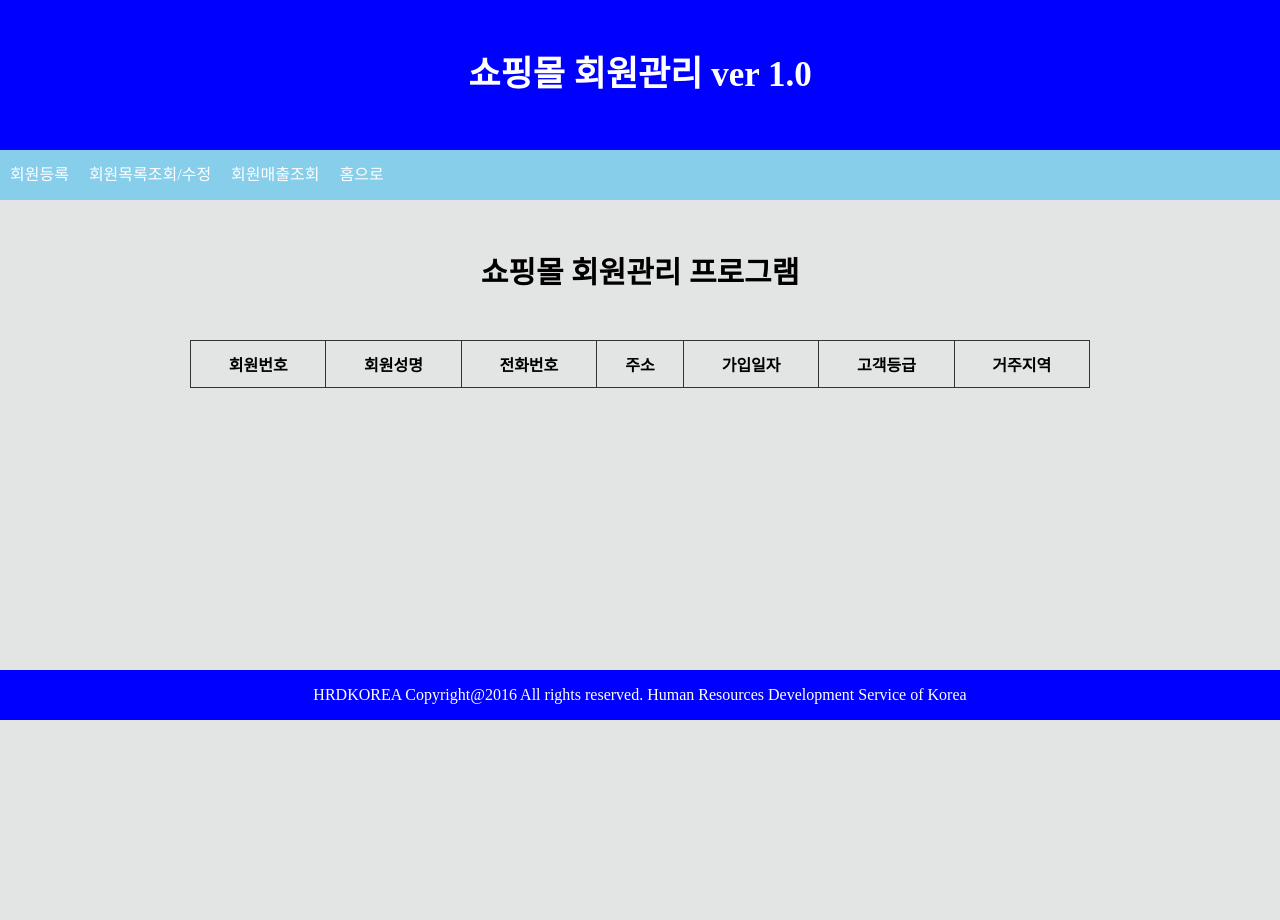
Repository: Up-Min/hrdkorea
Page: http://localhost/HRD_1234_easy2/result.jsp
The author's editor kept a copy of each file at every save. The page is drawn from the files as they stood at one save, then again after the next save.
The browser window is 1280 px wide. The pictures show the whole page.
The page is served by Tomcat 9. Queries for data that is not in the repository find no rows.

Above is the page before, as saved 2022-12-23 08:30:36.

### HRD_1234_easy2/src/main/webapp/result.jsp
<%@ page language="java" contentType="text/html; charset=UTF-8"
    pageEncoding="UTF-8"%>
 <%@ page import = "java.util.*" %>
<%@ page import = "java.sql.*" %>
<!DOCTYPE html>
<html>
<head>
<meta charset="UTF-8">
<title>Insert title here</title>
<script src="script.js"></script>
<link rel="stylesheet" href="style.css">
</head>
<body>
	<%@ include file="topmenu.jsp"%>
		<section>
		<div class="title">쇼핑몰 회원관리 프로그램</div>
		<div class="wrapper">
			<table style="width: 900px">
				<tr>
					<th>회원번호</th>
					<th>회원성명</th>
					<th>전화번호</th>
					<th>주소</th>
					<th>가입일자</th>
					<th>고객등급</th>
					<th>거주지역</th>
					<!-- <th>삭제</th> -->
				</tr>
				<%
				try{
					Class.forName("oracle.jdbc.OracleDriver");
					Connection con = DriverManager.getConnection("jdbc:oracle:thin:@//localhost:1521/xe", "gisa", "gisa1234");
					Statement stmt = con.createStatement();

					String sql = "SELECT custno, custname, phone, address, TO_CHAR(joindate,'YYYY-MM-DD') joindate,";
					sql += "DECODE(grade,'A','VIP','B','일반','직원') grade, city FROM member_tbl_02 ORDER BY custno";

					ResultSet rs = stmt.executeQuery(sql);
					while(rs.next()){
				%>
				<tr>
					<td><a href="modify.jsp?custno=<%=rs.getInt(1)%>"><%=rs.getInt(1)%></a></td>
					<td><%= rs.getString(2)%></td>
					<td><%=rs.getString(3) %></td>
					<td><%=rs.getString(4) %></td>
					<td><%=rs.getString(5) %></td>
					<td><%=rs.getString(6) %></td>
					<td><%=rs.getString(7) %></td>
					<%-- <td><a href = "delect?custno=<%= %>"> delete </a></td> --%>
				</tr>
				<%
					}
					con.close();
					stmt.close();
				} catch (Exception e){
					e.printStackTrace();
				}
				%>
			</table>
		</div>
	</section>


	<%@ include file="footer.jsp"%>
</body>
</html>

### HRD_1234_easy2/src/main/webapp/topmenu.jsp
<%@ page language="java" contentType="text/html; charset=UTF-8"
	pageEncoding="UTF-8"%>
<!DOCTYPE html>
<html>
<head>
<meta charset="UTF-8">
<title>Insert title here</title>
</head>
<body>
	<header> 쇼핑몰 회원관리 ver 1.0 </header>
	<nav>
		<ul>
			<li><a href="add.jsp">회원등록</a></li>
			<li><a href="list.jsp">회원목록조회/수정</a></li>
			<li><a href="result.jsp">회원매출조회</a></li>
			<li><a href="index.jsp">홈으로</a></li>
		</ul>
	</nav>
</body>
</html>

### HRD_1234_easy2/src/main/webapp/footer.jsp
<%@ page language="java" contentType="text/html; charset=UTF-8"
	pageEncoding="UTF-8"%>
<!DOCTYPE html>
<html>
<head>
<meta charset="UTF-8">
<title>Insert title here</title>
</head>
<body>
	<footer> HRDKOREA Copyright@2016 All rights reserved. Human
		Resources Development Service of Korea </footer>
</body>
</html>

### HRD_1234_easy2/src/main/webapp/script.js
function fn_submit(){
	var fn = document.frm;
	if(fn.custname.value == ""){
		alert("회원성명이 입력되지 않았습니다.");
		fn.custname.focus();
		return false;
	}
	if(fn.phone.value == ""){
		alert("회원전화가 입력되지 않았습니다.");
		fn.phone.focus();
		return false;
	}
	if(fn.address.value == ""){
		alert("회원주소가 입력되지 않았습니다.");
		fn.address.focus();
		return false;
	}
	if(fn.joindate.value == ""){
		alert("가입일자가 입력되지 않았습니다.");
		fn.joindate.focus();
		return false;
	}
	if(fn.grade.value == ""){
		alert("고객등급이 입력되지 않았습니다.");
		fn.grade.focus();
		return false;
	}
	if(fn.city.value == ""){
		alert("도시코드가 입력되지 않았습니다.");
		fn.city.focus();
		return false;
	}
	fn.submit();
}

### HRD_1234_easy2/src/main/webapp/style.css
@charset "UTF-8";

* {
	margin: 0;
	padding: 0;
}

body {
	font-family: gulim;
}

header {
	top: 0;
	height: 150px;
	line-height: 150px;
	width: 100%;
	background: blue;
	text-align: center;
	font-size: 35px;
	font-weight: 900;
	color: #fff;
}

nav ul {
	height: 50px;
	line-height: 50px;
	width: 100%;
	background: skyblue;
}

nav ul li {
	list-style: none;
	float: left;
	padding: 0 10px;
}

a {
	text-decoration: none;
	color: #fff;
}

a:hover {
	cursor: pointer;
	opacity: 0.3;
}

section {
	position: absolute;
	overflow: auto;
	width: 100%;
	height: 100%;
	background: #e3e5e5;
}

.main {
	margin: 0 2rem;
}

.main ul li {
	list-style: number;
}

.title {
	font-size: 30px;
	font-weight: 900;
	text-align: center;
	margin: 3rem;
}

.wrapper {
	display: flex;
	justify-content: center;
	align-items: center;
	text-align: center;
}

table {
	width: 600px;
}

table, tr, th, td {
	border: 1px solid #333;
	border-collapse: collapse;
	padding: 0.7rem;
}

td input {
	float: left;
	padding: 0.3rem;
}

.btn {
	padding: 0.4rem 1rem;
	border-radius: 0.4rem;
	border: 0;
}

.btn:hover {
	opacity: 0.6;
	cursor: pointer;
}

footer {
	position: fixed;
	bottom: 0;
	width: 100%;
	height: 50px;
	line-height: 50px;
	text-align: center;
	background: blue;
	color: white;
}

After the next save:
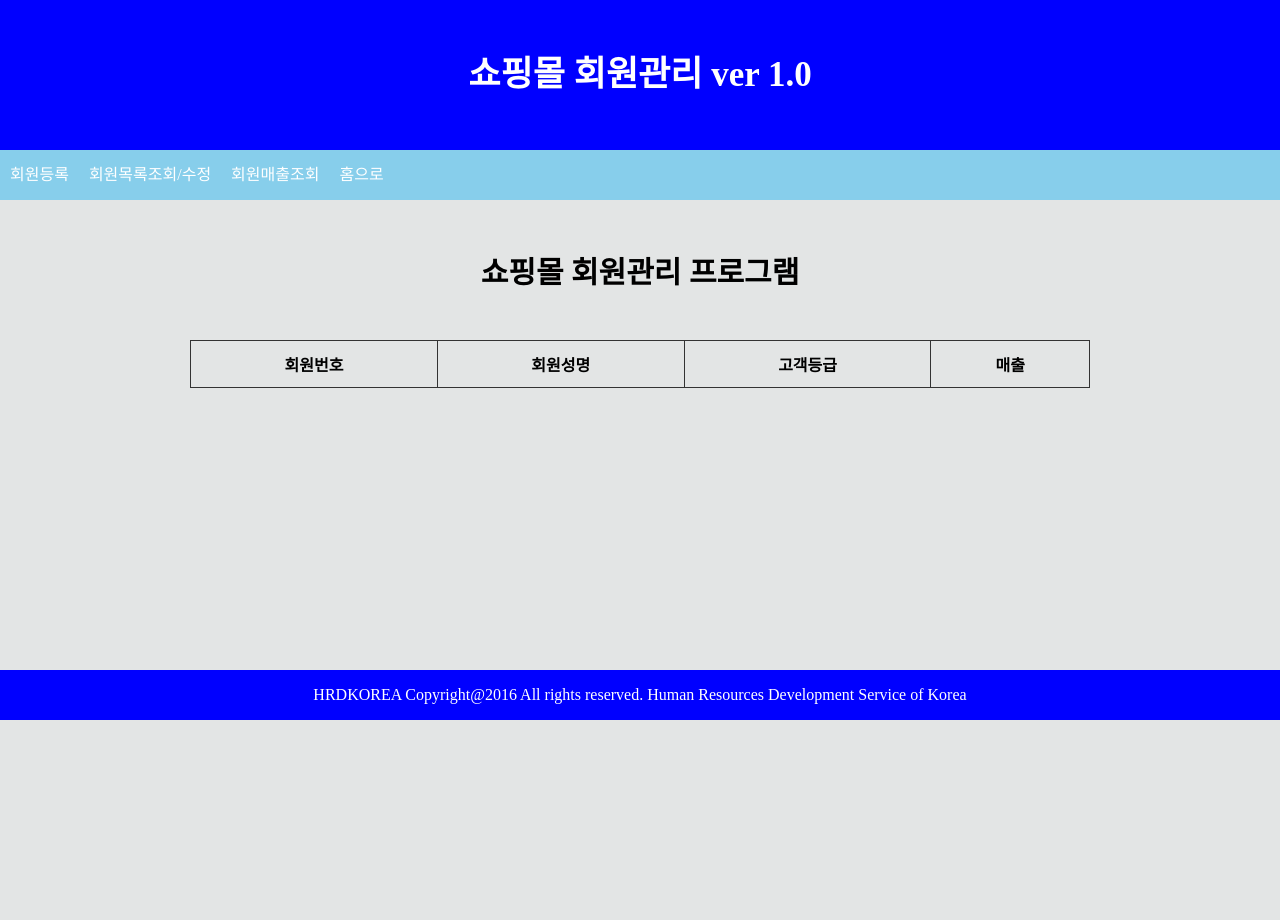
Saved 54 s later.
--- a/HRD_1234_easy2/src/main/webapp/result.jsp
+++ b/HRD_1234_easy2/src/main/webapp/result.jsp
@@ -19,12 +19,8 @@
 				<tr>
 					<th>회원번호</th>
 					<th>회원성명</th>
-					<th>전화번호</th>
-					<th>주소</th>
-					<th>가입일자</th>
 					<th>고객등급</th>
-					<th>거주지역</th>
-					<!-- <th>삭제</th> -->
+					<th>매출</th>
 				</tr>
 				<%
 				try{
